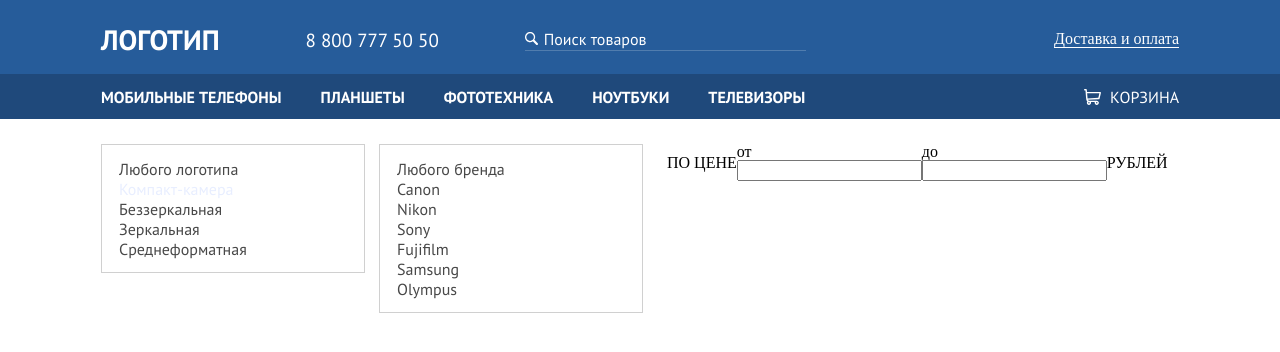
Repository: sem1103/WEBCompany
Page: index.html
The author's editor kept a copy of each file at every save. The page is drawn from the files as they stood at one save, then again after the next save.
The browser window is 1280 px wide. The pictures show the whole page.
The pointer rests on the first visible `.list p`.

Above is the page before, as saved 2024-01-11 20:33:54.

After the next save:
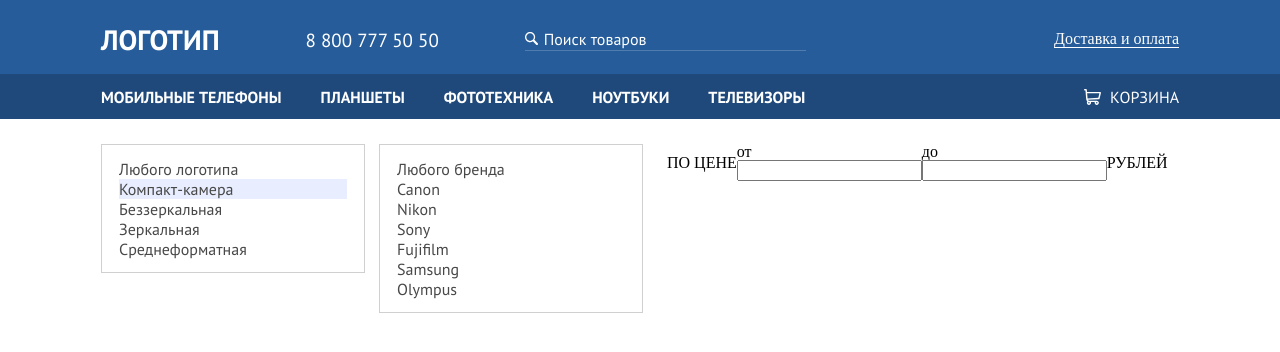
Saved 8 s later.
--- a/styles/main.css
+++ b/styles/main.css
@@ -113,5 +113,5 @@ nav li{
     transition: all .3s ease-in-out;
 }
 .list p:hover{
-    color: #E8EEFF;
+    background: #E8EEFF;
 }
